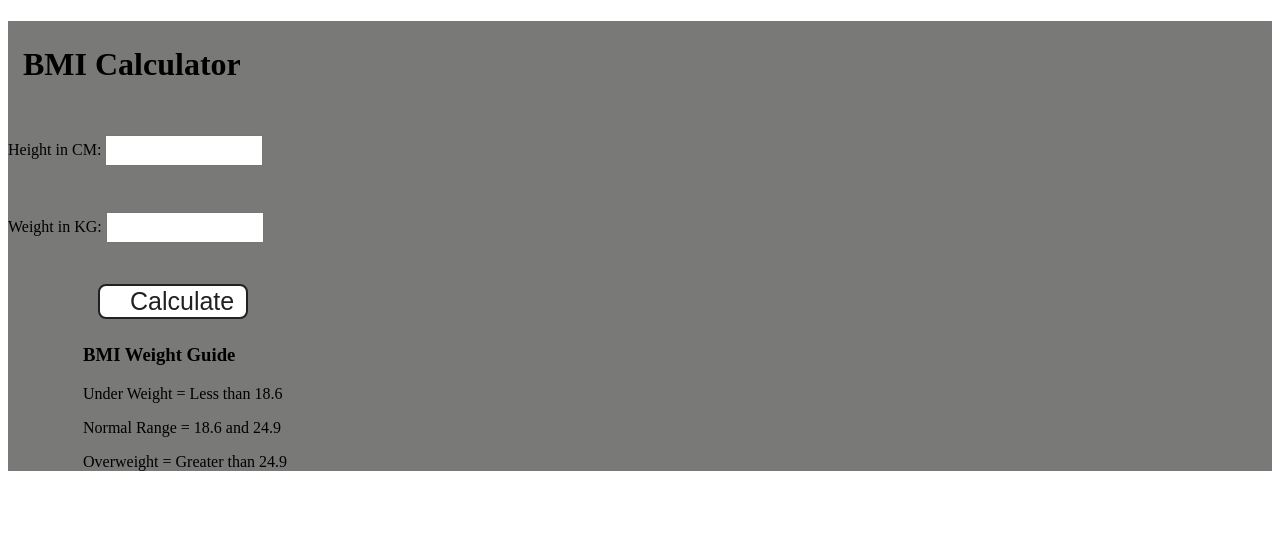
Repository: VishwaGoswami1407/JavaScript-Practice
Page: 07_projects/project2.html
The author's editor kept a copy of each file at every save. The page is drawn from the files as they stood at one save, then again after the next save.
The browser window is 1280 px wide. The pictures show the whole page.

Above is the page before, as saved 2024-07-07 18:48:13.

After the next save:
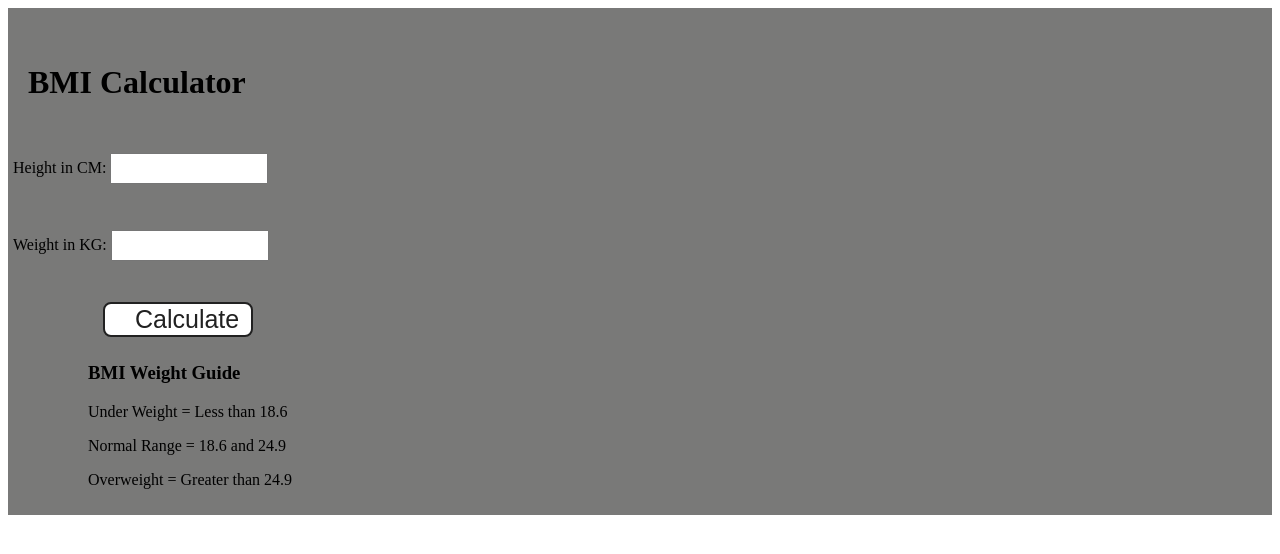
Saved 20 s later.
--- a/07_projects/style2.css
+++ b/07_projects/style2.css
@@ -2,7 +2,7 @@
 
 
     background-color: #797978;
-    padding-left: 30px 5px;
+    padding: 10px 5px 10px;
   }
   #height,
   #weight {
